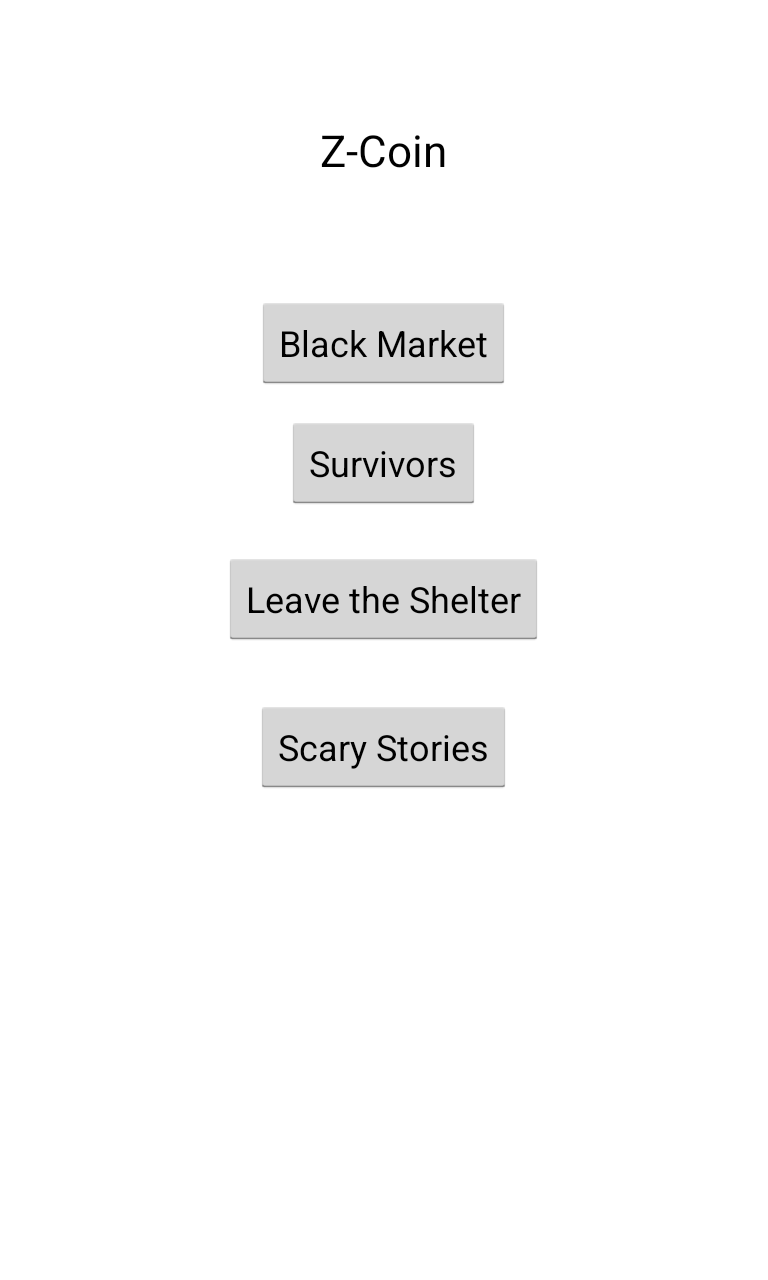
Repository: hekaiyue/Zombie-Coin
Layout: Android Workspace/ZCoins/res/layout/activity_main.xml
An editor plug-in stored every save of this project. The layout is shown before and after the next save, followed by the edit.
It is drawn on a 768 x 1280 px phone screen (xhdpi) without system bars, with theme AppTheme; the app's code is not run.

Above is the layout before, as saved 2014-02-01 12:52:52.

### Android Workspace/ZCoins/res/layout/activity_main.xml
<RelativeLayout xmlns:android="http://schemas.android.com/apk/res/android"
    xmlns:tools="http://schemas.android.com/tools"
    android:layout_width="match_parent"
    android:layout_height="match_parent"
    android:paddingBottom="@dimen/activity_vertical_margin"
    android:paddingLeft="@dimen/activity_horizontal_margin"
    android:paddingRight="@dimen/activity_horizontal_margin"
    android:paddingTop="@dimen/activity_vertical_margin"
    tools:context=".MainActivity" >

    <Button
        android:id="@+id/button2"
        android:layout_width="wrap_content"
        android:layout_height="wrap_content"
        android:layout_alignBottom="@+id/button1"
        android:layout_centerHorizontal="true"
        android:layout_marginBottom="60dp"
        android:text="@string/store" />

    <Button
        android:id="@+id/button3"
        android:layout_width="wrap_content"
        android:layout_height="wrap_content"
        android:layout_below="@+id/button2"
        android:layout_centerHorizontal="true"
        android:layout_marginTop="20dp"
        android:text="@string/mine"
        android:onClick="mineZCoins" />

    <Button
        android:id="@+id/button4"
        android:layout_width="wrap_content"
        android:layout_height="wrap_content"
        android:layout_below="@+id/button3"
        android:layout_centerHorizontal="true"
        android:layout_marginTop="26dp"
        android:text="@string/history" />

    <Button
        android:id="@+id/button1"
        android:layout_width="wrap_content"
        android:layout_height="wrap_content"
        android:layout_below="@+id/textView1"
        android:layout_centerHorizontal="true"
        android:layout_marginTop="118dp"
        android:text="@string/friends_list" />

    <TextView
        android:id="@+id/textView1"
        android:layout_width="wrap_content"
        android:layout_height="wrap_content"
        android:layout_alignParentTop="true"
        android:layout_centerHorizontal="true"
        android:layout_marginTop="44dp"
        android:text="@string/app_name"
        android:textAppearance="?android:attr/textAppearanceLarge"
        />

</RelativeLayout>

### Android Workspace/ZCoins/res/values/strings.xml
<?xml version="1.0" encoding="utf-8"?>
<resources>

    <string name="app_name">Z-Coin</string>
    <string name="action_settings">Settings</string>
    <string name="hello_world">Hello world!</string>
    <string name="store">Black Market</string>
    <string name="friends_list">Survivors</string>
    <string name="history">Scary Stories</string>
    <string name="mine">Leave the Shelter</string>
    <string name="title_activity_mine">The Outside World</string>
    <string name="timer">How Long</string>
    <string name="get_started">To get started, log in using Facebook</string>
    <string name="title_activity_friends_list">Survivors</string>
    <string name="edit_message">andrew id</string>

</resources>

Loaded but not shown: Android Workspace/ZCoins/res/values/styles.xml (common file); Android Workspace/ZCoins/res/values-v11/styles.xml (common file); Android Workspace/ZCoins/res/values-v14/styles.xml (common file); Android Workspace/ZCoins/res/values/dimens.xml (common file)

After the next save:
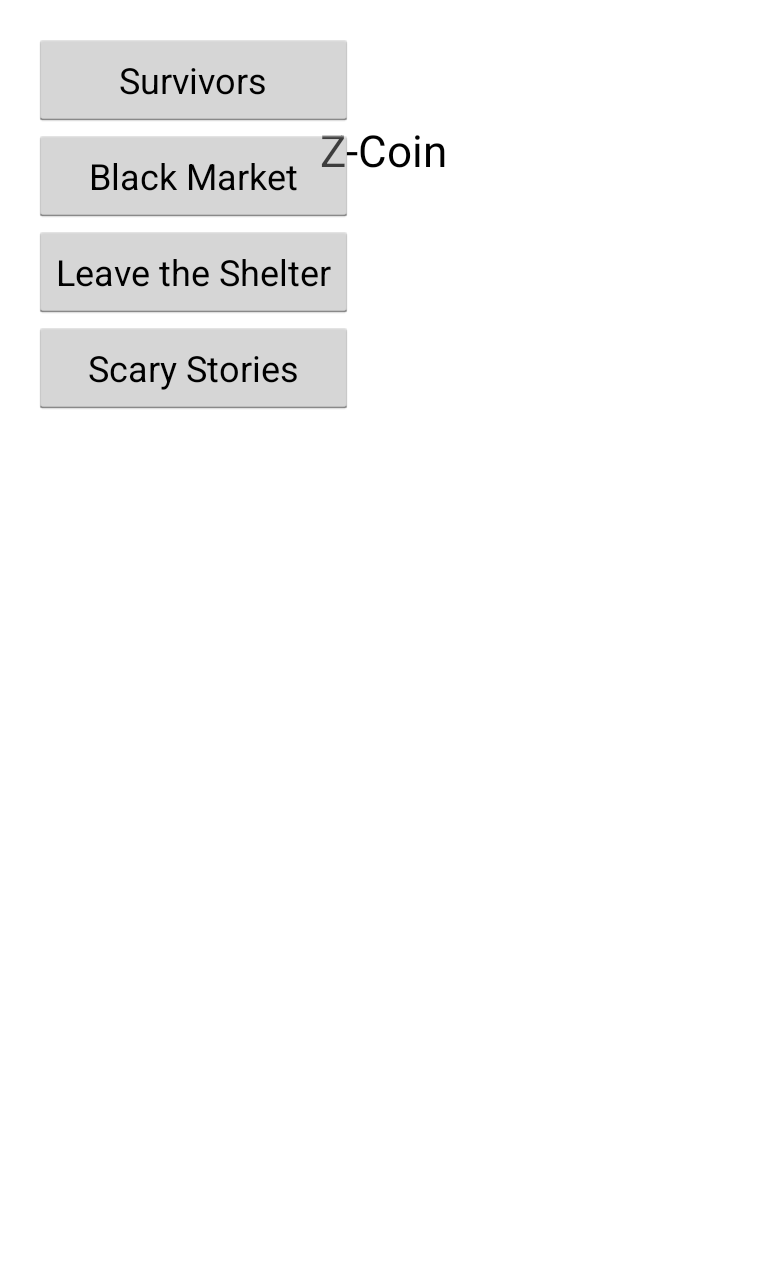
Saved 6 min 28 s later.
--- a/Android Workspace/ZCoins/res/layout/activity_main.xml
+++ b/Android Workspace/ZCoins/res/layout/activity_main.xml
@@ -8,43 +8,6 @@
     android:paddingTop="@dimen/activity_vertical_margin"
     tools:context=".MainActivity" >
 
-    <Button
-        android:id="@+id/button2"
-        android:layout_width="wrap_content"
-        android:layout_height="wrap_content"
-        android:layout_alignBottom="@+id/button1"
-        android:layout_centerHorizontal="true"
-        android:layout_marginBottom="60dp"
-        android:text="@string/store" />
-
-    <Button
-        android:id="@+id/button3"
-        android:layout_width="wrap_content"
-        android:layout_height="wrap_content"
-        android:layout_below="@+id/button2"
-        android:layout_centerHorizontal="true"
-        android:layout_marginTop="20dp"
-        android:text="@string/mine"
-        android:onClick="mineZCoins" />
-
-    <Button
-        android:id="@+id/button4"
-        android:layout_width="wrap_content"
-        android:layout_height="wrap_content"
-        android:layout_below="@+id/button3"
-        android:layout_centerHorizontal="true"
-        android:layout_marginTop="26dp"
-        android:text="@string/history" />
-
-    <Button
-        android:id="@+id/button1"
-        android:layout_width="wrap_content"
-        android:layout_height="wrap_content"
-        android:layout_below="@+id/textView1"
-        android:layout_centerHorizontal="true"
-        android:layout_marginTop="118dp"
-        android:text="@string/friends_list" />
-
     <TextView
         android:id="@+id/textView1"
         android:layout_width="wrap_content"
@@ -53,7 +16,61 @@
         android:layout_centerHorizontal="true"
         android:layout_marginTop="44dp"
         android:text="@string/app_name"
-        android:textAppearance="?android:attr/textAppearanceLarge"
-        />
+        android:textAppearance="?android:attr/textAppearanceLarge" />
+
+    <TableLayout
+        android:layout_width="wrap_content"
+        android:layout_height="wrap_content" >
+
+        <TableRow
+            android:id="@+id/tableRow1"
+            android:layout_width="wrap_content"
+            android:layout_height="wrap_content" >
+
+            <Button
+                android:id="@+id/button1"
+                android:layout_width="wrap_content"
+                android:layout_height="wrap_content"
+                android:text="@string/friends_list" />
+        </TableRow>
+
+        <TableRow
+            android:id="@+id/tableRow2"
+            android:layout_width="wrap_content"
+            android:layout_height="wrap_content" >
+
+            <Button
+                android:id="@+id/button2"
+                android:layout_width="wrap_content"
+                android:layout_height="wrap_content"
+                android:text="@string/store" />
+        </TableRow>
+
+        <TableRow
+            android:id="@+id/tableRow3"
+            android:layout_width="wrap_content"
+            android:layout_height="wrap_content" >
+
+            <Button
+                android:id="@+id/button3"
+                android:layout_width="wrap_content"
+                android:layout_height="wrap_content"
+                android:onClick="mineZCoins"
+                android:text="@string/mine" />
+        </TableRow>
+
+        <TableRow
+            android:id="@+id/tableRow4"
+            android:layout_width="wrap_content"
+            android:layout_height="wrap_content" >
+
+            <Button
+                android:id="@+id/button4"
+                android:layout_width="wrap_content"
+                android:layout_height="wrap_content"
+                android:text="@string/history" />
+
+        </TableRow>
+    </TableLayout>
 
 </RelativeLayout>

After the 4 saves that followed:
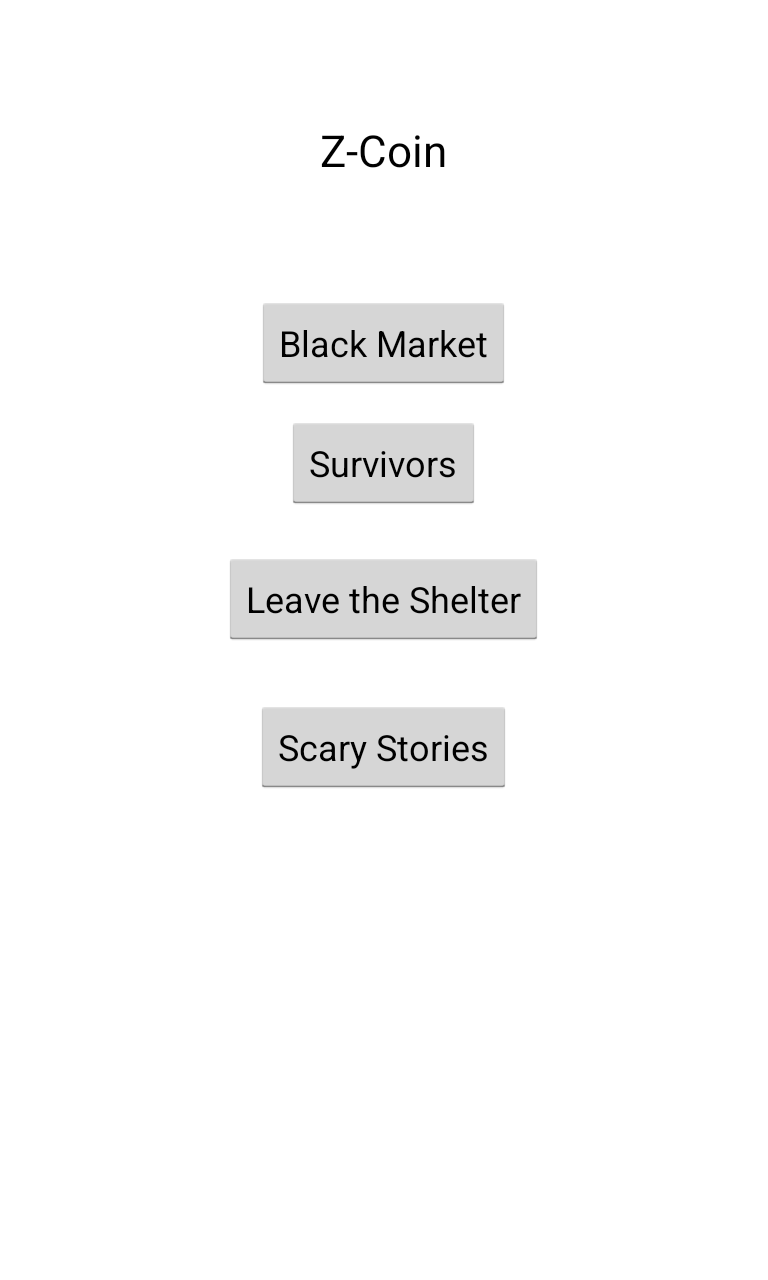
The 4 saves are shown as one change because 3 left the picture as it was.
The last was saved 5 min 58 s later.
--- a/Android Workspace/ZCoins/res/layout/activity_main.xml
+++ b/Android Workspace/ZCoins/res/layout/activity_main.xml
@@ -8,6 +8,43 @@
     android:paddingTop="@dimen/activity_vertical_margin"
     tools:context=".MainActivity" >
 
+    <Button
+        android:id="@+id/button2"
+        android:layout_width="wrap_content"
+        android:layout_height="wrap_content"
+        android:layout_alignBottom="@+id/button1"
+        android:layout_centerHorizontal="true"
+        android:layout_marginBottom="60dp"
+        android:text="@string/store" />
+
+    <Button
+        android:id="@+id/button3"
+        android:layout_width="wrap_content"
+        android:layout_height="wrap_content"
+        android:layout_below="@+id/button2"
+        android:layout_centerHorizontal="true"
+        android:layout_marginTop="20dp"
+        android:text="@string/mine"
+        android:onClick="mineZCoins" />
+
+    <Button
+        android:id="@+id/button4"
+        android:layout_width="wrap_content"
+        android:layout_height="wrap_content"
+        android:layout_below="@+id/button3"
+        android:layout_centerHorizontal="true"
+        android:layout_marginTop="26dp"
+        android:text="@string/history" />
+
+    <Button
+        android:id="@+id/button1"
+        android:layout_width="wrap_content"
+        android:layout_height="wrap_content"
+        android:layout_below="@+id/textView1"
+        android:layout_centerHorizontal="true"
+        android:layout_marginTop="118dp"
+        android:text="@string/friends_list" />
+
     <TextView
         android:id="@+id/textView1"
         android:layout_width="wrap_content"
@@ -16,61 +53,7 @@
         android:layout_centerHorizontal="true"
         android:layout_marginTop="44dp"
         android:text="@string/app_name"
-        android:textAppearance="?android:attr/textAppearanceLarge" />
-
-    <TableLayout
-        android:layout_width="wrap_content"
-        android:layout_height="wrap_content" >
-
-        <TableRow
-            android:id="@+id/tableRow1"
-            android:layout_width="wrap_content"
-            android:layout_height="wrap_content" >
-
-            <Button
-                android:id="@+id/button1"
-                android:layout_width="wrap_content"
-                android:layout_height="wrap_content"
-                android:text="@string/friends_list" />
-        </TableRow>
-
-        <TableRow
-            android:id="@+id/tableRow2"
-            android:layout_width="wrap_content"
-            android:layout_height="wrap_content" >
-
-            <Button
-                android:id="@+id/button2"
-                android:layout_width="wrap_content"
-                android:layout_height="wrap_content"
-                android:text="@string/store" />
-        </TableRow>
-
-        <TableRow
-            android:id="@+id/tableRow3"
-            android:layout_width="wrap_content"
-            android:layout_height="wrap_content" >
-
-            <Button
-                android:id="@+id/button3"
-                android:layout_width="wrap_content"
-                android:layout_height="wrap_content"
-                android:onClick="mineZCoins"
-                android:text="@string/mine" />
-        </TableRow>
-
-        <TableRow
-            android:id="@+id/tableRow4"
-            android:layout_width="wrap_content"
-            android:layout_height="wrap_content" >
-
-            <Button
-                android:id="@+id/button4"
-                android:layout_width="wrap_content"
-                android:layout_height="wrap_content"
-                android:text="@string/history" />
-
-        </TableRow>
-    </TableLayout>
+        android:textAppearance="?android:attr/textAppearanceLarge"
+        />
 
 </RelativeLayout>
